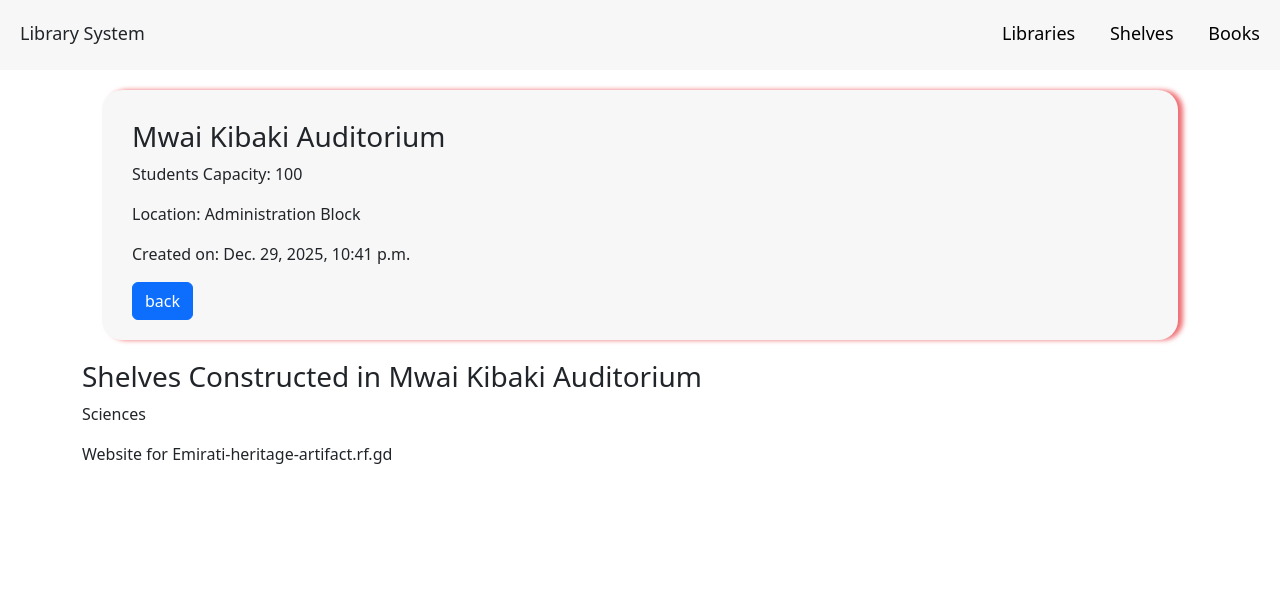
Repository: Mbote-Joseph/Library-Shelves-Books-Managements
Page: http://localhost/library-details/1
The author's editor kept a copy of each file at every save. The page is drawn from the files as they stood at one save, then again after the next save.
The browser window is 1280 px wide. The pictures show the whole page.
The page is served by the project's application, run on Django 5.2 (manage.py). The page reads the database file committed with the project.

Above is the page before, as saved 2026-01-01 20:30:21.

After the next save:
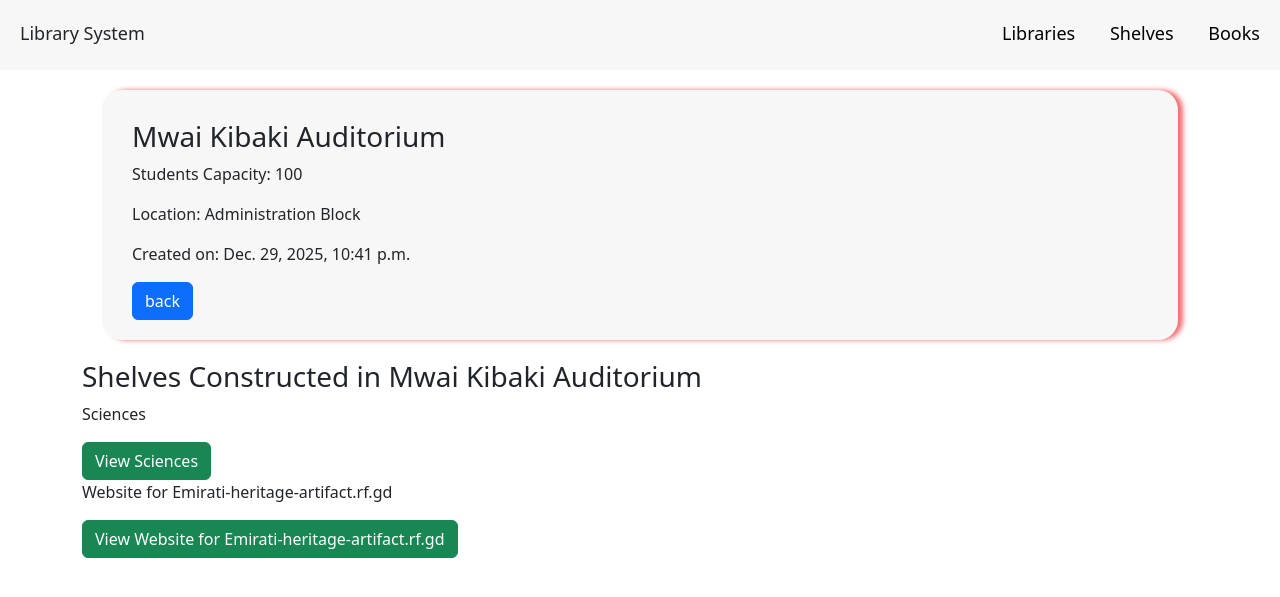
Saved 13 min 6 s later.
--- a/books/templates/books/library_detailview.html
+++ b/books/templates/books/library_detailview.html
@@ -18,7 +18,9 @@
         {% if shelves %}
             <h3> Shelves Constructed in {{library.name}} </h3>
             {% for shelf in shelves %}
-            <p> {{shelf.label}}
+            <p> {{shelf.label}} </p>
+
+            <a href="{% url 'shelf.details' shelf.id %}" class="btn btn-success"> View {{shelf.label}} </a>
 
             {% endfor %}
         {% else %}
